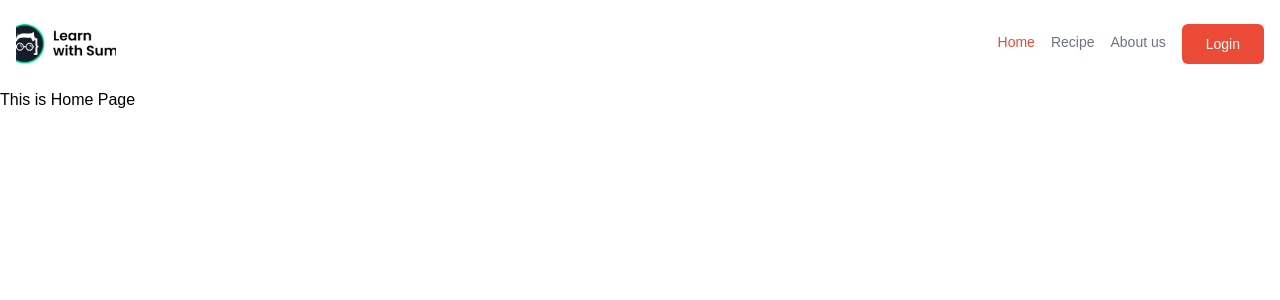
Repository: Wahid137/khana-khazana
Page: /
These files come from the project's save history. The page is drawn as it stood at one moment and after the next save; the edit follows.
The browser window is 1280 px wide. The pictures show the whole page.
The project was rebuilt for these pictures with package versions that can differ from the ones it lists, and the page was loaded fresh each time. The framework's server and built-in components were replaced by stand-ins that run in the browser. Also part of the build but not shown: next.config.mjs.

Above is the page before, as saved 2024-05-02 15:50:59.

After the next save:
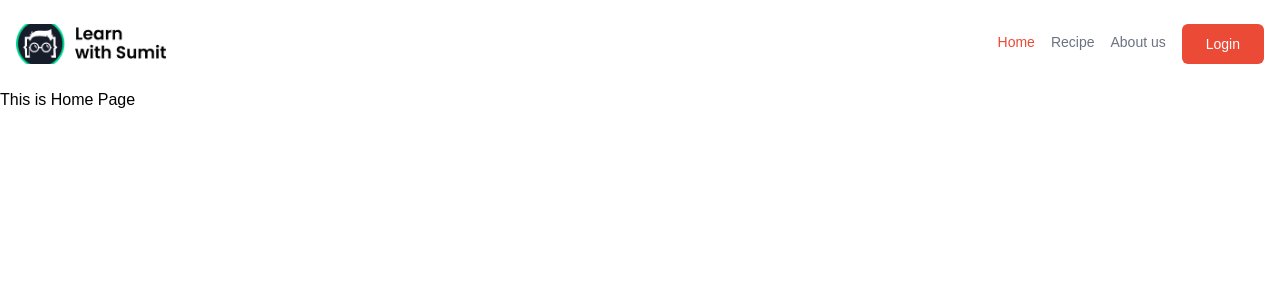
Saved 5 s later.
--- a/app/components/Navbar.jsx
+++ b/app/components/Navbar.jsx
@@ -8,7 +8,7 @@ const Navbar = () => {
           <Image
             src={logo}
             alt="logo"
-            width={100}
+            width={150}
             height={50}
             className="object-cover h-[40px]"
           />
